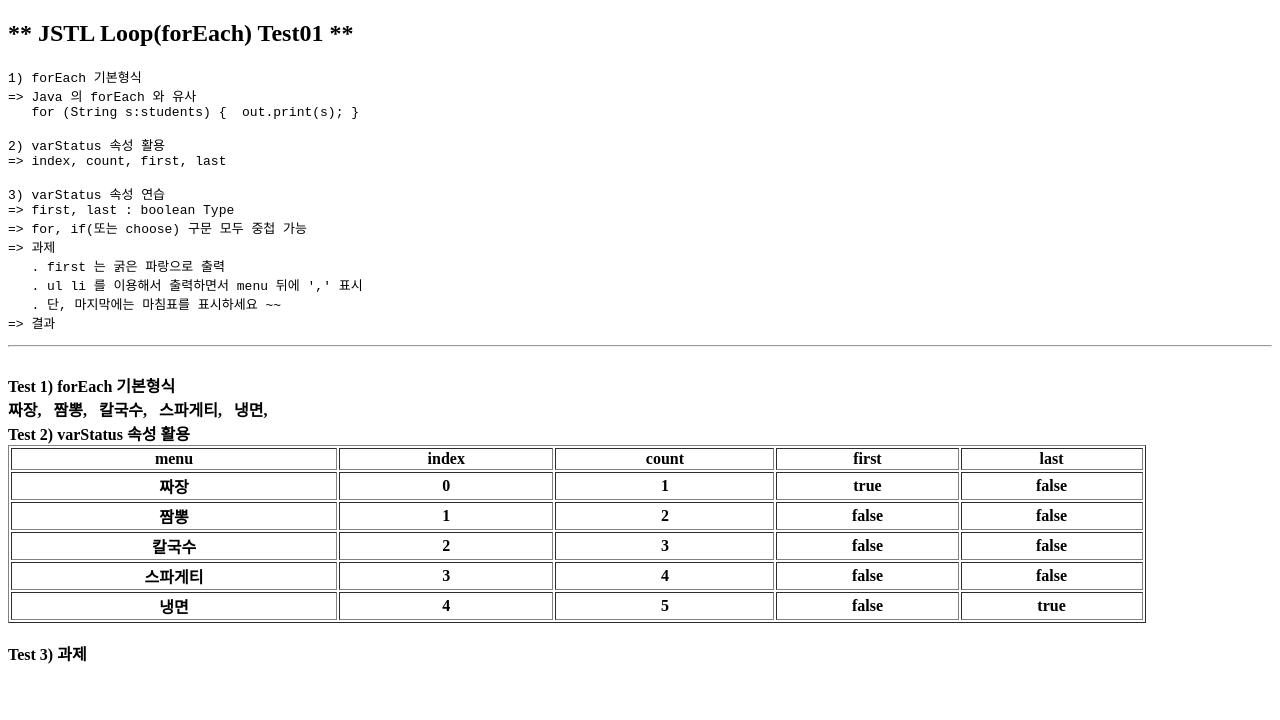
Repository: JYH94/JAVA
Page: http://localhost/web01/jsp03_jstl/ex03_for01.jsp
These files come from the project's save history. The page is drawn as it stood at one moment and after the next save; the edit follows.
The browser window is 1280 px wide. The pictures show the whole page.
The page is served by Tomcat 9.

Above is the page before, as saved 2024-01-16 08:00:44.

After the next save:
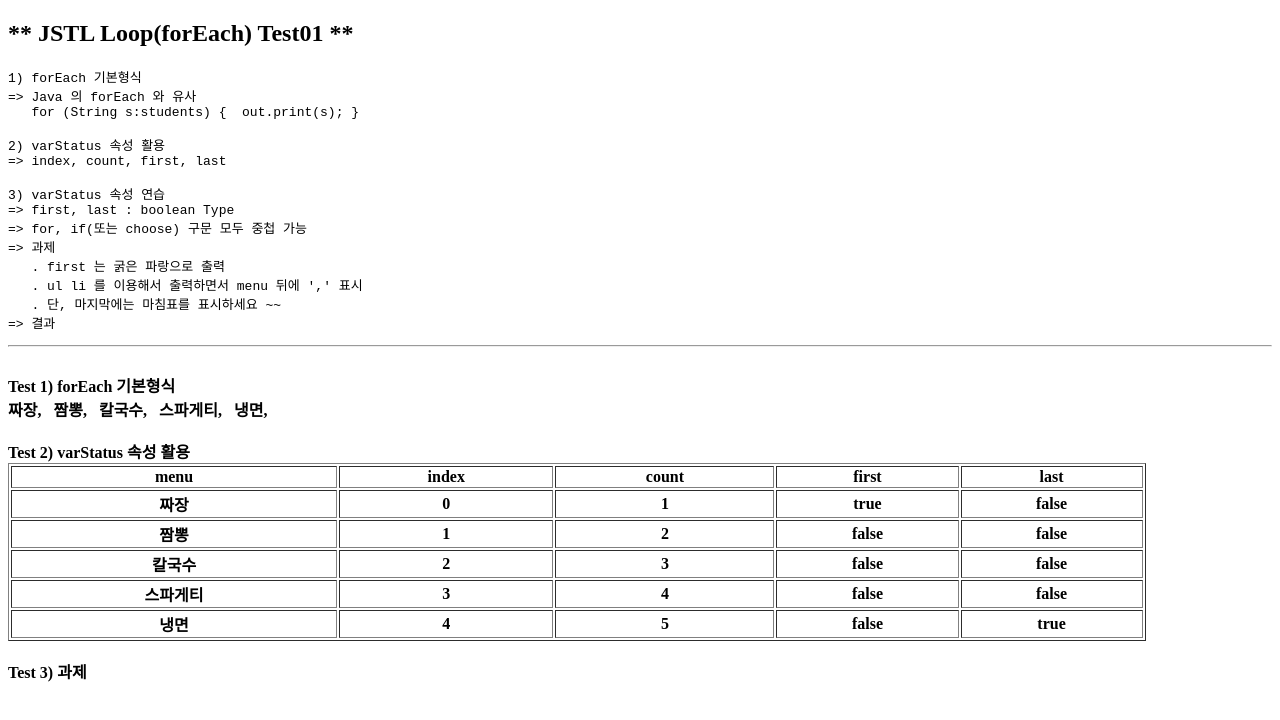
Saved 17 s later.
--- a/web01/src/main/webapp/jsp03_jstl/ex03_for01.jsp
+++ b/web01/src/main/webapp/jsp03_jstl/ex03_for01.jsp
@@ -38,7 +38,8 @@ pageContext.setAttribute("menuList", menu);
 	<c:forEach var="menu" items="${pageScope.menuList}">
 	<!-- pageScope의 경우 해당페이지 내에선 menuList라고 해도 가능하다.-->
 	${menu}, &nbsp;
-	</c:forEach> <br>
+	</c:forEach>
+	<br><br>
 
 	Test 2) varStatus 속성 활용 <br>
 	<table border="1" style="text-align: center; width: 90%;">
